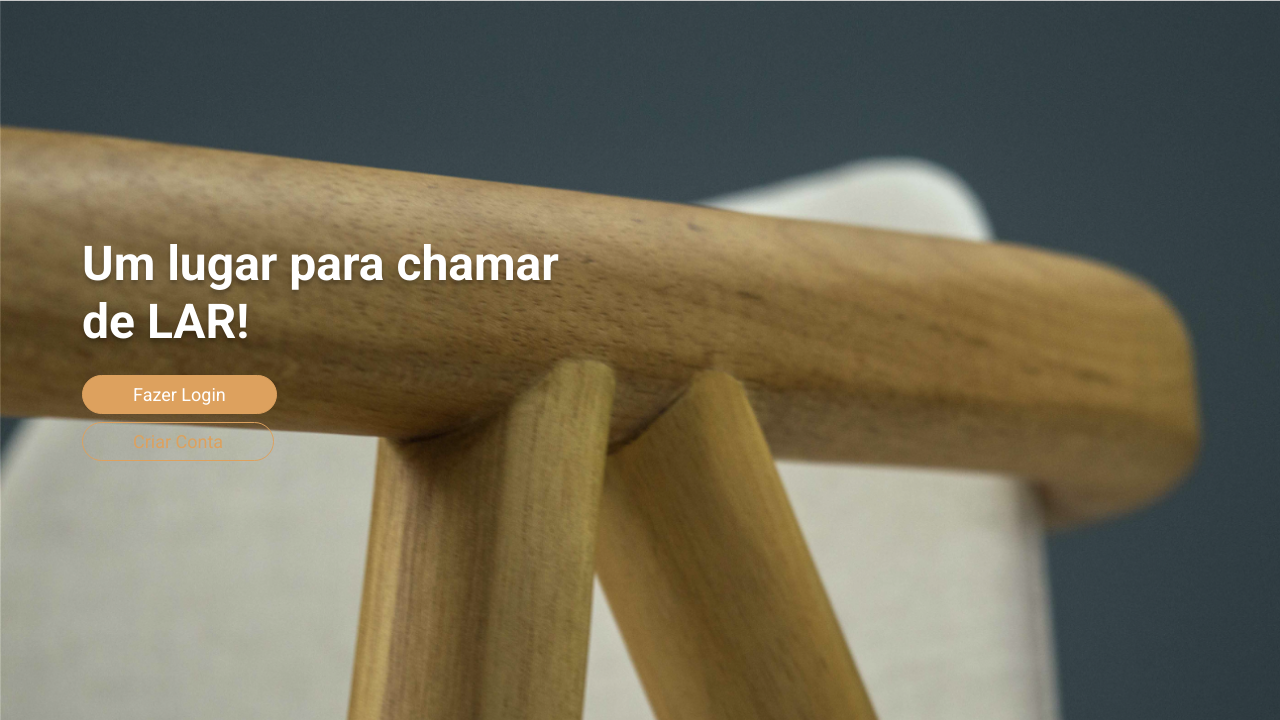
Repository: telesbp/Projeto-4-e-Projeto-5
Page: / (app in front-end/)
The author's editor kept a copy of each file at every save. The page is drawn from the files as they stood at one save, then again after the next save.
The browser window is 1280 px wide. The pictures show the whole page.
The project was rebuilt for these pictures with package versions that can differ from the ones it lists, and the page was loaded fresh each time.

Above is the page before, as saved 2022-07-17 16:00:48.

### front-end/public/index.html
<!DOCTYPE html>
<html lang="pt-BR">
  <head>
    <meta charset="utf-8" />
    <link rel="icon" href="%PUBLIC_URL%/favicon.ico" />
    <meta name="viewport" content="width=device-width, initial-scale=1" />
    <meta name="theme-color" content="#000000" />
    <meta
      name="description"
      content="Seu negócio automatizado!"
    />
    <link rel="apple-touch-icon" href="%PUBLIC_URL%/logo192.png" />
    <!--
      manifest.json provides metadata used when your web app is installed on a
      user's mobile device or desktop. See https://developers.google.com/web/fundamentals/web-app-manifest/
    -->
    <link rel="manifest" href="%PUBLIC_URL%/manifest.json" />
    <!--
      Notice the use of %PUBLIC_URL% in the tags above.
      It will be replaced with the URL of the `public` folder during the build.
      Only files inside the `public` folder can be referenced from the HTML.

      Unlike "/favicon.ico" or "favicon.ico", "%PUBLIC_URL%/favicon.ico" will
      work correctly both with client-side routing and a non-root public URL.
      Learn how to configure a non-root public URL by running `npm run build`.
    -->
    <title>Stagio</title>

    <link rel="preconnect" href="https://fonts.googleapis.com">
    <link rel="preconnect" href="https://fonts.gstatic.com" crossorigin>
    <link href="https://fonts.googleapis.com/css2?family=Roboto:wght@400;700&display=swap" rel="stylesheet">
  </head>
  <body>
    <noscript>You need to enable JavaScript to run this app.</noscript>
    <div id="root"></div>
    <!--
      This HTML file is a template.
      If you open it directly in the browser, you will see an empty page.

      You can add webfonts, meta tags, or analytics to this file.
      The build step will place the bundled scripts into the <body> tag.

      To begin the development, run `npm start` or `yarn start`.
      To create a production bundle, use `npm run build` or `yarn build`.
    -->
  </body>
</html>

### front-end/src/index.tsx
import React from 'react';
import ReactDOM from 'react-dom/client';
import App from './App';
import 'bootstrap/dist/css/bootstrap.min.css';
import { BrowserRouter } from 'react-router-dom';
import 'react-toastify/dist/ReactToastify.css';
import { ToastContainer } from 'react-toastify';
import { GlobalStyle } from './assets/css/global';

const root = ReactDOM.createRoot(
  document.getElementById('root') as HTMLElement
);
root.render(
  <React.StrictMode>
    <BrowserRouter>
    <GlobalStyle/>
      <App />
      <ToastContainer/>
    </BrowserRouter>
  </React.StrictMode>
);

### front-end/src/App.tsx
import { HomeView } from "./views/Home";

function App() {
  return (
    <HomeView/>
  );
}

export default App;

### front-end/src/assets/css/global.ts
import { createGlobalStyle } from "styled-components";

export const GlobalStyle = createGlobalStyle`
    body{
       font-family: 'Roboto', sans-serif;
    }
`

### front-end/src/views/Home/index.tsx
import { Container } from "react-bootstrap";
import styled from "styled-components";
import bgSite from "../../assets/img/cadeira1.png"
import { CustomButton } from "../../components/CustomButton";

export function HomeView(){
    return(
        <Banner className="vh-100">
            <Container className="h-100 d-flex flex-column justify-content-center align-items-center align-items-lg-start">
                <Title className="text-center text-white text-lg-start mt-auto mt-lg-0 ">Um lugar para chamar de LAR!</Title>
                <CustomButton size="lg" variant="primary" className="mt-auto mt-lg-3 mb-2">Fazer Login</CustomButton>
                <CustomButton size="lg" variant="outline-primary" className="mb-4">Criar Conta</CustomButton>
            </Container>
        </Banner>
    )
}

const Banner = styled.div`
    background: url(${bgSite}) no-repeat center center;
    background-size: cover;
`
const Title = styled.h1`
    font-size: 2.25rem;
    font-weight: bold;
    text-shadow: 0 4px 4px rgba(0, 0, 0, 0.25);
    @media (min-width: 992px){
        font-size: 3rem;
        max-width: 500px;
    }
`

### front-end/src/components/CustomButton/index.tsx
import { Button, ButtonProps } from "react-bootstrap";
import styled from "styled-components";

export function CustomButton(props: ButtonProps ) {
    return(
        <ButtonStyled {...props}/>
    )
}
const ButtonStyled = styled(Button)`
    border-radius: 50px;
    font-weight: 500;
    padding:5px 50px 5px 50px;
    ${props => props.size ==='lg' && `
        font-size: 1.125rem;
    `}
    ${props => props.variant === "primary" && `
        background-color: #dda15e;
        border-color: #dda15e;
        &:hover {
            background-color: #bc6c25;
            border-color: #bc6c25;
        }
    `}
    ${props => props.variant === "outline-primary" && `
        border-color: #dda15e;
        color: #dda15e;
        &:hover {
            border-color: #bc6c25;
        }
    `}
`

After the next save:
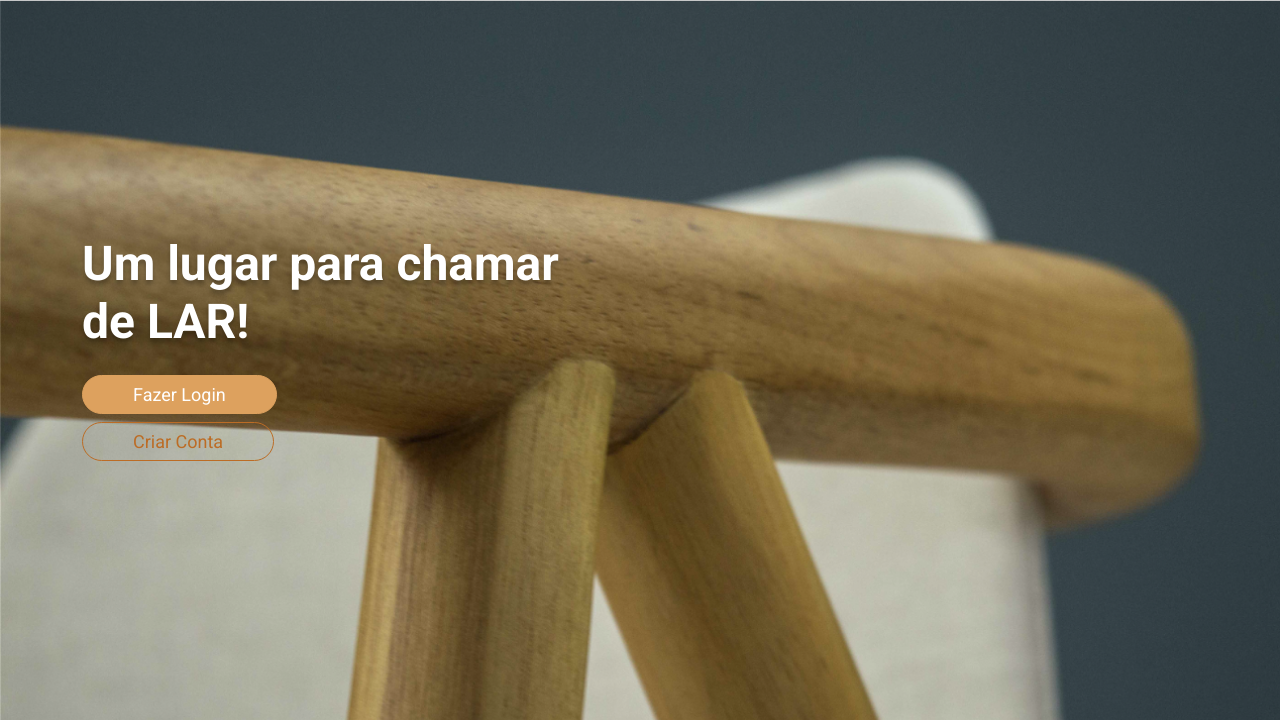
Saved 21 s later.
--- a/front-end/src/components/CustomButton/index.tsx
+++ b/front-end/src/components/CustomButton/index.tsx
@@ -22,8 +22,8 @@ const ButtonStyled = styled(Button)`
         }
     `}
     ${props => props.variant === "outline-primary" && `
-        border-color: #dda15e;
-        color: #dda15e;
+        border-color: #bc6c25;
+        color: #bc6c25;
         &:hover {
             border-color: #bc6c25;
         }
